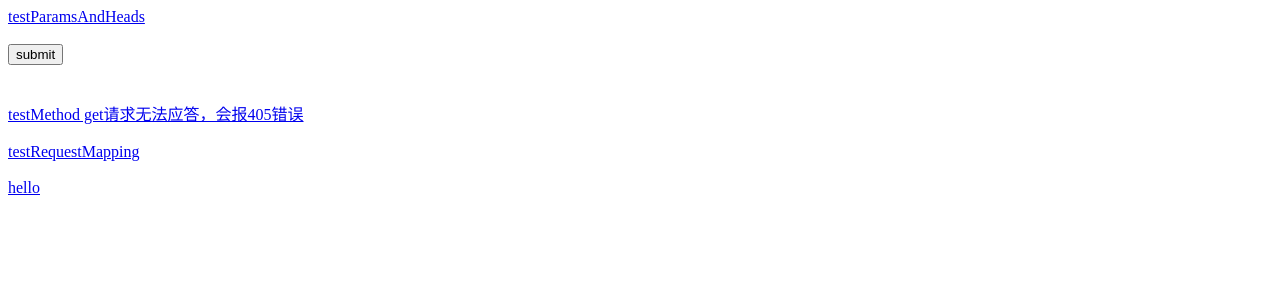
Repository: Gxxxx1989/SpringMVC
Page: http://localhost/springmvc-1/
An editor plug-in stored every save of this project. The page is shown before and after the next save, followed by the edit.
The browser window is 1280 px wide. The pictures show the whole page.
The page is served by Tomcat 9.

Above is the page before, as saved 2019-03-25 09:42:36.

After the next save:
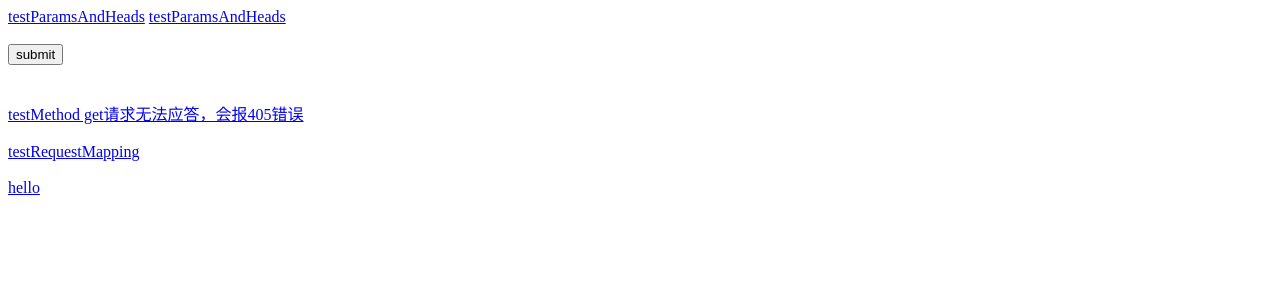
Saved 39 s later.
--- a/springmvc-1/WebContent/index.jsp
+++ b/springmvc-1/WebContent/index.jsp
@@ -8,6 +8,7 @@
 </head>
 <body>
 
+	<a href="springmvc/testAntPath/*/abc">testParamsAndHeads</a>
 	<a href="springmvc/testParamsAndHeads?username=gx&&age=11">testParamsAndHeads</a>
 	<br><br>
 	<form action="springmvc/testMethod" method="post">
